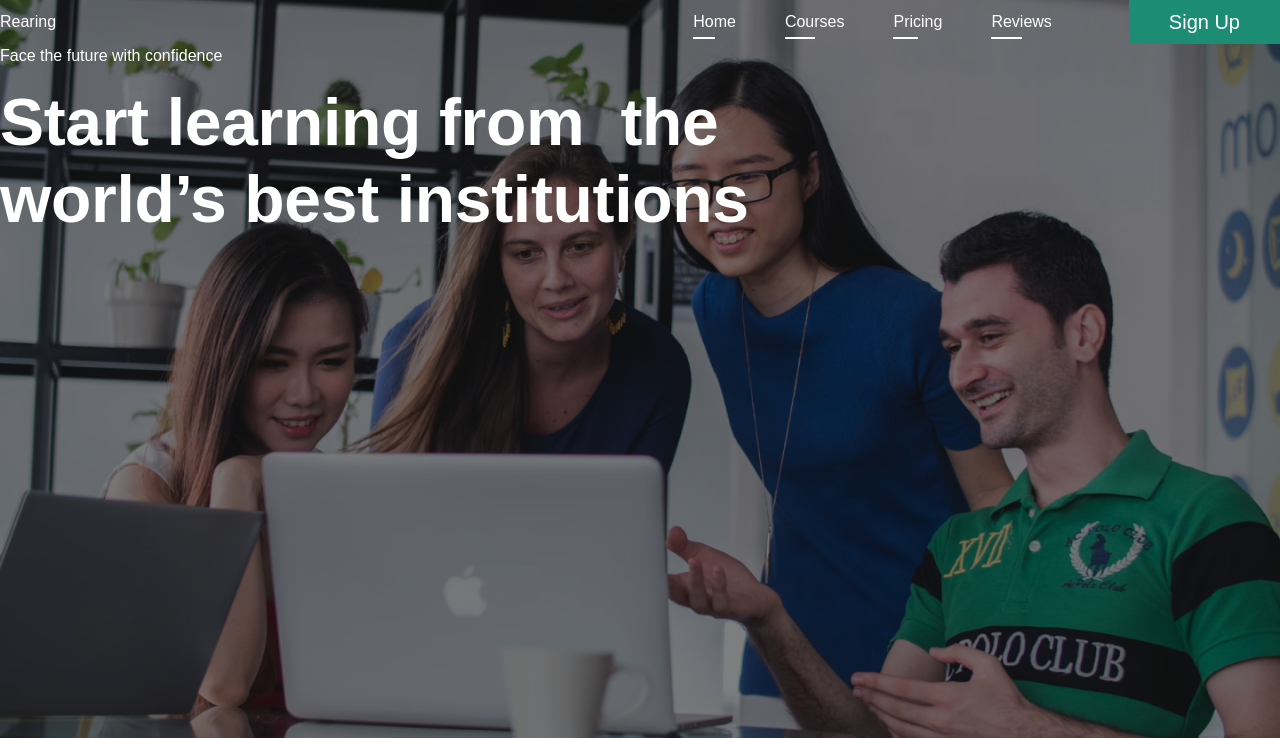
Repository: vandangnhathung/educationplatform
Page: /
These files come from the project's save history. The page is drawn as it stood at one moment and after the next save; the edit follows.
The browser window is 1280 px wide. The pictures show the whole page.
The project was rebuilt for these pictures with package versions that can differ from the ones it lists, and the page was loaded fresh each time.

Above is the page before, as saved 2022-06-20 15:08:08.

### src/index.js
import React from "react";
import ReactDOM from "react-dom/client";
import App from "./App";
import reportWebVitals from "./reportWebVitals";
import "./index.css";
const root = ReactDOM.createRoot(document.getElementById("root"));
root.render(
  <React.StrictMode>
    <App />
  </React.StrictMode>
);

// If you want to start measuring performance in your app, pass a function
// to log results (for example: reportWebVitals(console.log))
// or send to an analytics endpoint. Learn more: https://bit.ly/CRA-vitals
reportWebVitals();

### src/App.js
import Header from "./components/Header";

function App() {
  return (
    <>
      <Header></Header>
    </>
  );
}

export default App;

### src/index.css
@tailwind base;
@tailwind components;
@tailwind utilities;
@import url("https://fonts.googleapis.com/css2?family=Urbanist:wght@100;200;300;400;500;600;700;800&display=swap");
*,
*::before,
*::after {
  box-sizing: border-box;
}
* {
  margin: 0;
  padding: 0;
}

html,
body {
  height: 100%;
}
body {
  line-height: 1.5;
  font-family: "Urbanist", sans-serif;
}

img,
picture,
video,
canvas,
svg {
  display: block;
  max-width: 100%;
}
input,
button,
textarea,
select {
  font: inherit;
  outline: none;
}
p,
h1,
h2,
h3,
h4,
h5,
h6 {
  overflow-wrap: break-word;
}

.container {
  max-width: 1280px;
  margin: 0 auto;
  width: 100%;
}

.active {
  position: relative;
}

.active::before {
  content: "";
  display: block;
  position: absolute;
  bottom: -5px;
  width: 50%;
  padding: 1px;
  left: 0;
  background-color: #fff;
}

### src/components/Header.js
import React, { useEffect } from "react";
import headerImg from "../images/Images.png";
const Header = () => {
  const headerNav = [
    {
      id: 1,
      title: "Home",
    },
    {
      id: 2,
      title: "Courses",
    },
    {
      id: 3,
      title: "Pricing",
    },
    {
      id: 4,
      title: "Reviews",
    },
  ];
  return (
    <header>
      <div className="relative">
        <img src={headerImg} alt="header_img" className="w-full" />
        <div className="absolute inset-0 bg-black opacity-50"></div>
        <div class="absolute top-0  left-0 right-0 ">
          <div class="container">
            <div className=" header-top text-white flex items-center justify-between">
              <div className="">Rearing</div>
              <div className="flex items-center">
                <nav className="mr-[77px]">
                  <ul className="flex items-center  gap-x-[49px] ">
                    {headerNav.map((item) => (
                      <li className="active cursor-pointer" key={item.id}>
                        {item.title}
                      </li>
                    ))}
                  </ul>
                </nav>
                <button className="py-2 px-10 bg-[#1D8C74] text-white text-xl ">
                  Sign Up
                </button>
              </div>
            </div>

            <div className="slogan text-white">
              <h3 className="text-base mb-4">
                Face the future with confidence
              </h3>
              <h1 className="desc max-w-[777px] text-[66px] leading-[77px] w-full tracking-[-0.02rem] font-bold">
                Start learning from <span className="inline-block "></span>{" "}
                <p className="inline-block">the</p> world’s best institutions
              </h1>
            </div>
          </div>
        </div>
      </div>
    </header>
  );
};

export default Header;

Loaded but not shown: public/index.html (common file); src/reportWebVitals.js (common file); tailwind.config.js (common file)

After the next save:
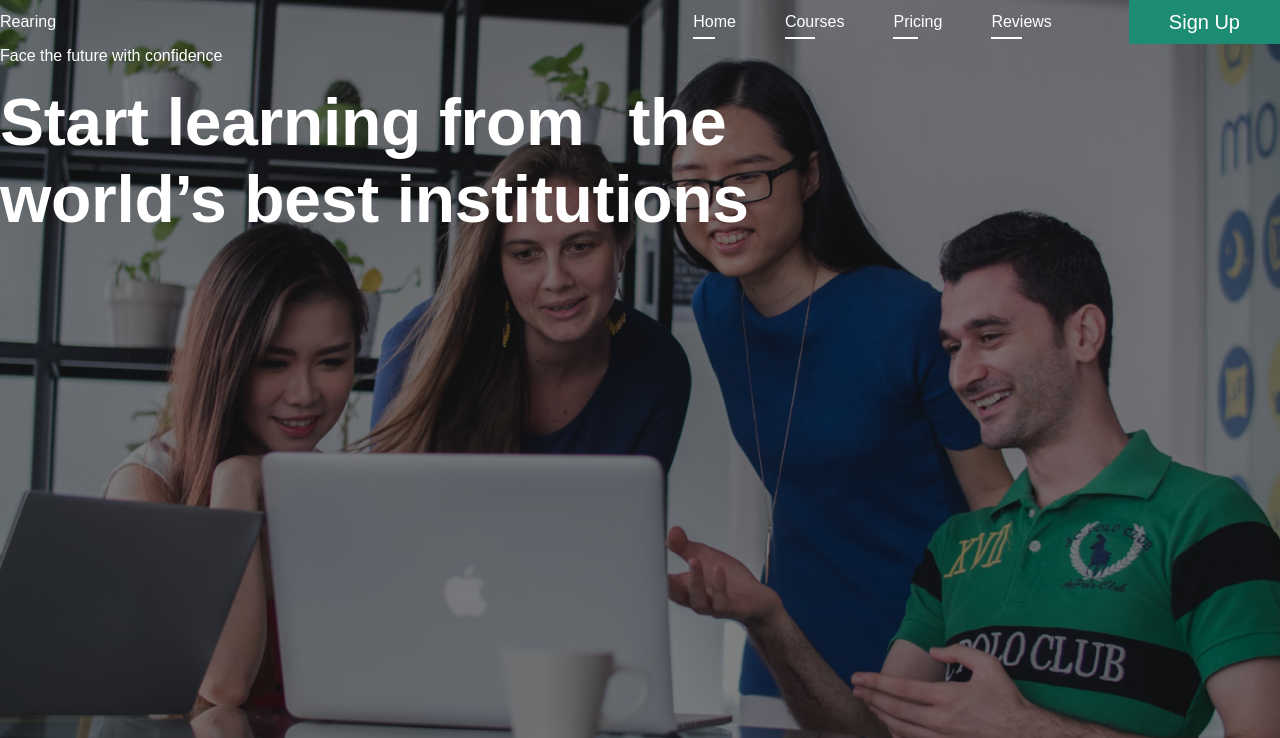
Saved 13 s later.
--- a/src/components/Header.js
+++ b/src/components/Header.js
@@ -49,7 +49,7 @@ const Header = () => {
                 Face the future with confidence
               </h3>
               <h1 className="desc max-w-[777px] text-[66px] leading-[77px] w-full tracking-[-0.02rem] font-bold">
-                Start learning from <span className="inline-block "></span>{" "}
+                Start learning from <span className="inline-block mr-2 "></span>{" "}
                 <p className="inline-block">the</p> world’s best institutions
               </h1>
             </div>
